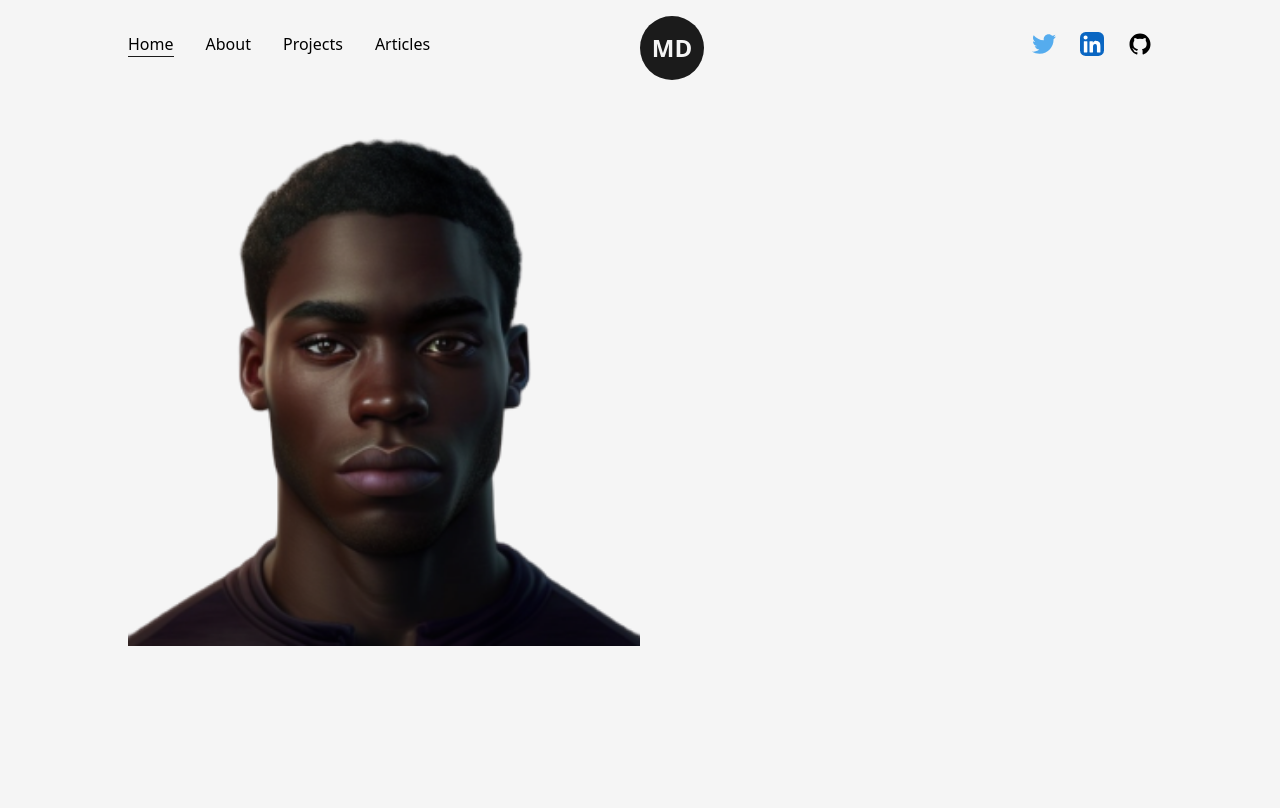
Repository: marcusdashe/situs
Page: /
An editor plug-in stored every save of this project. The page is shown before and after the next save, followed by the edit.
The browser window is 1280 px wide. The pictures show the whole page.
The project was rebuilt for these pictures with package versions that can differ from the ones it lists, and the page was loaded fresh each time. The framework's server and built-in components were replaced by stand-ins that run in the browser.

Above is the page before, as saved 2023-06-15 17:20:36.

After the next save:
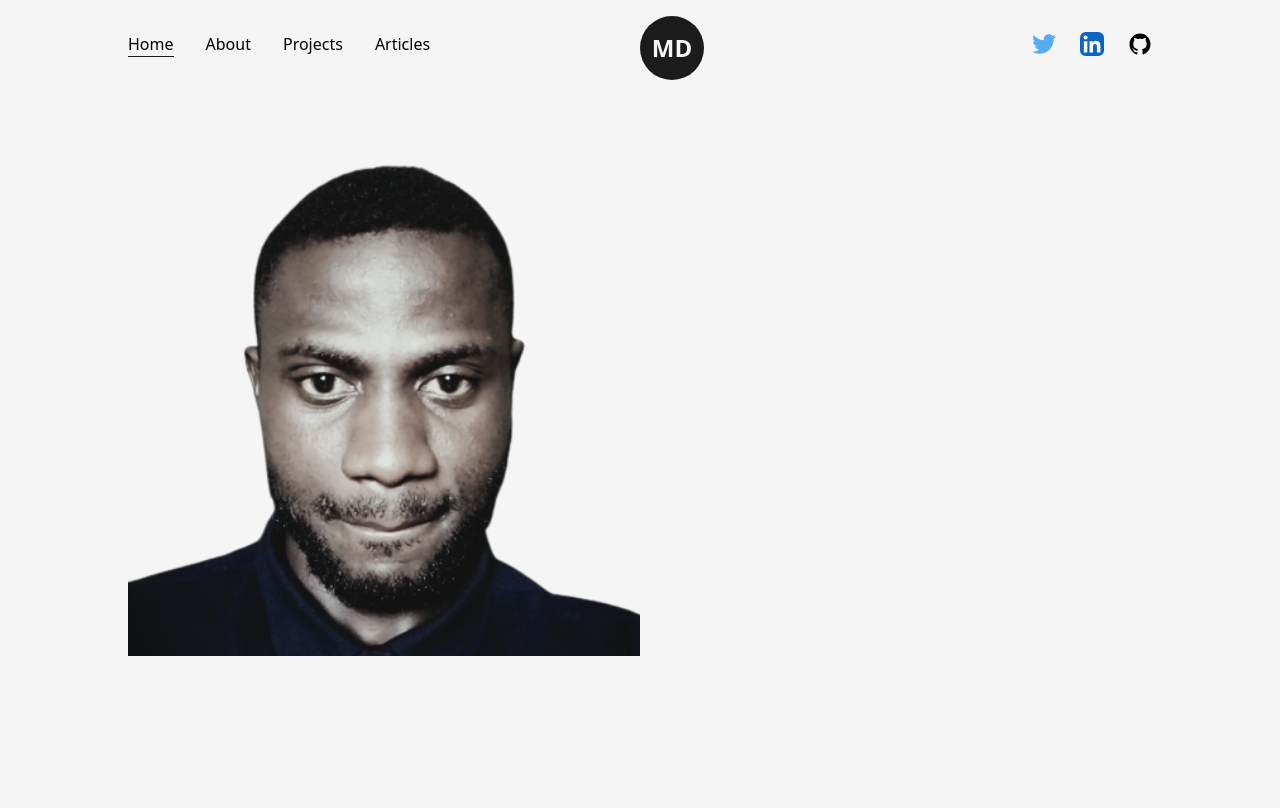
Saved 6 s later.
--- a/src/pages/index.js
+++ b/src/pages/index.js
@@ -2,7 +2,7 @@ import Head from "next/head";
 import Image from "next/image";
 import { Inter } from "next/font/google";
 import Layout from "@/components/Layout";
-import profilePic from "../../public/images/profile/developer-pic-3.png";
+import profilePic from "../../public/images/profile/developer-pic-4.png";
 
 const inter = Inter({ subsets: ["latin"] });
 
